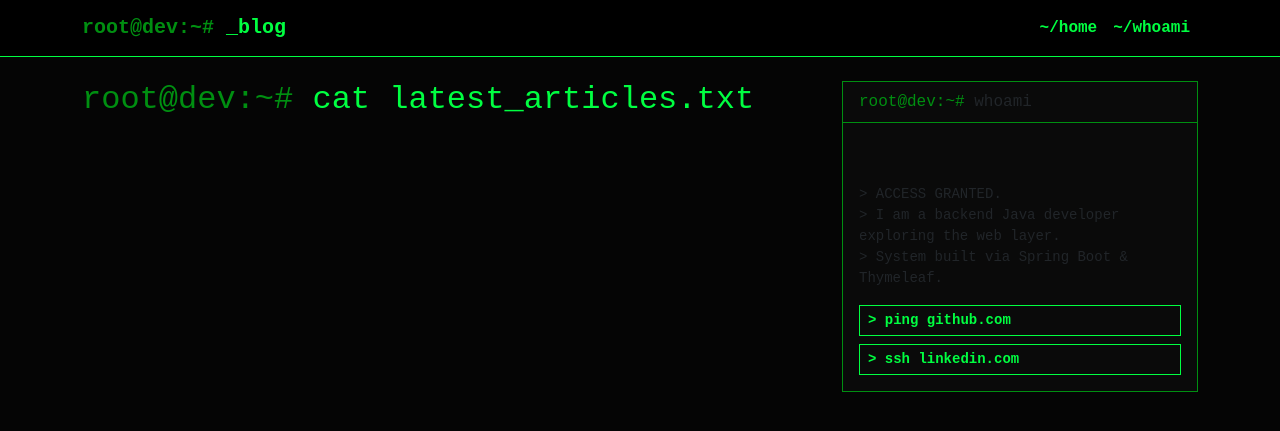
Repository: gd0t/gd0t-blog
Page: http://localhost/index
These files come from the project's save history. The page is drawn as it stood at one moment and after the next save; the edit follows.
The browser window is 1280 px wide. The pictures show the whole page.
The page is this project's Thymeleaf template; nobody is signed in. The template is opened directly, without the code that normally fills it, so the values that code supplies are empty.

Above is the page before, as saved 2026-05-21 00:01:53.

After the next save:
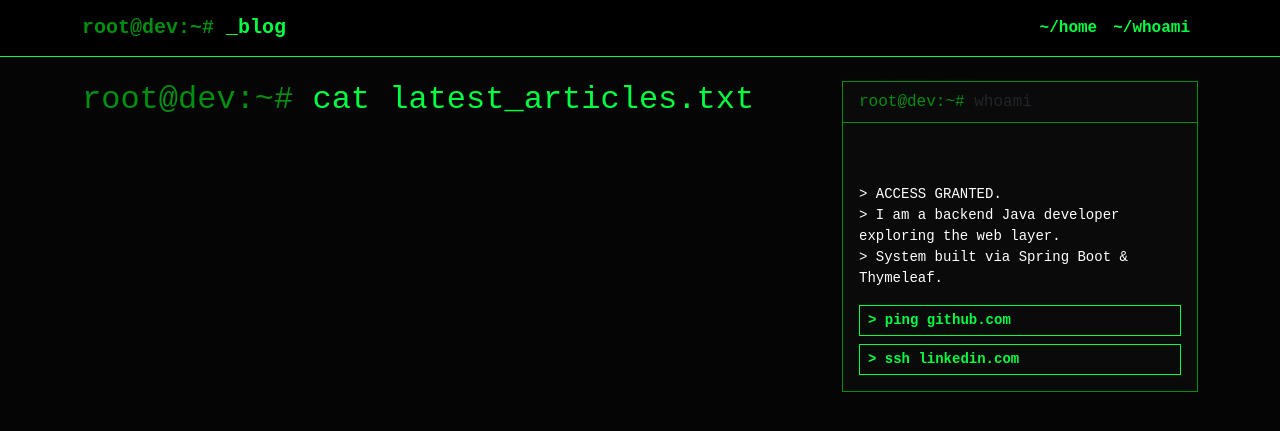
Saved 6 min 1 s later.
--- a/gd0t/src/main/resources/static/css/style.css
+++ b/gd0t/src/main/resources/static/css/style.css
@@ -27,6 +27,11 @@ a:hover {
     color: #00FF41;
     text-shadow: 0 0 8px #00FF41;
 }
+
+p {
+	color: #FFF;
+}
+
 
 .card {
     background-color: #0A0A0A;
